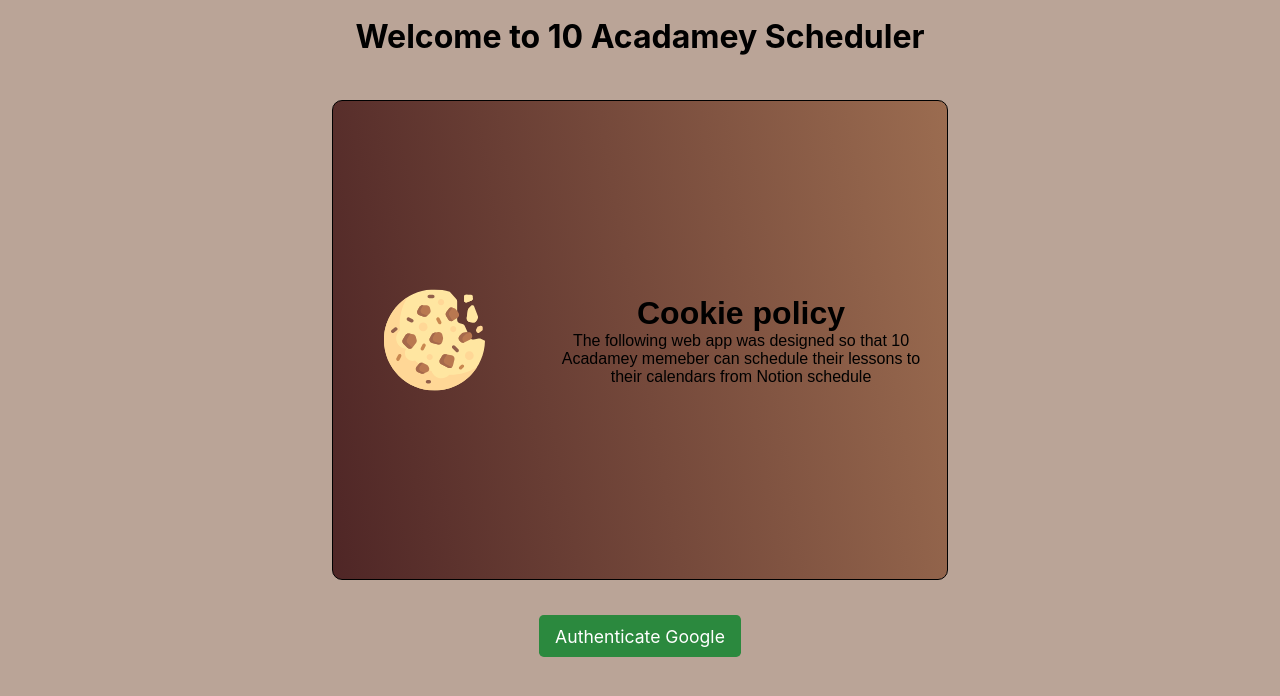
Repository: nebilarega/calendar-extractor
Page: / (app in frontend/)
An editor plug-in stored every save of this project. The page is shown before and after the next save, followed by the edit.
The browser window is 1280 px wide. The pictures show the whole page.
The project was rebuilt for these pictures with package versions that can differ from the ones it lists, and the page was loaded fresh each time.

Above is the page before, as saved 2022-08-25 00:00:22.

After the next save:
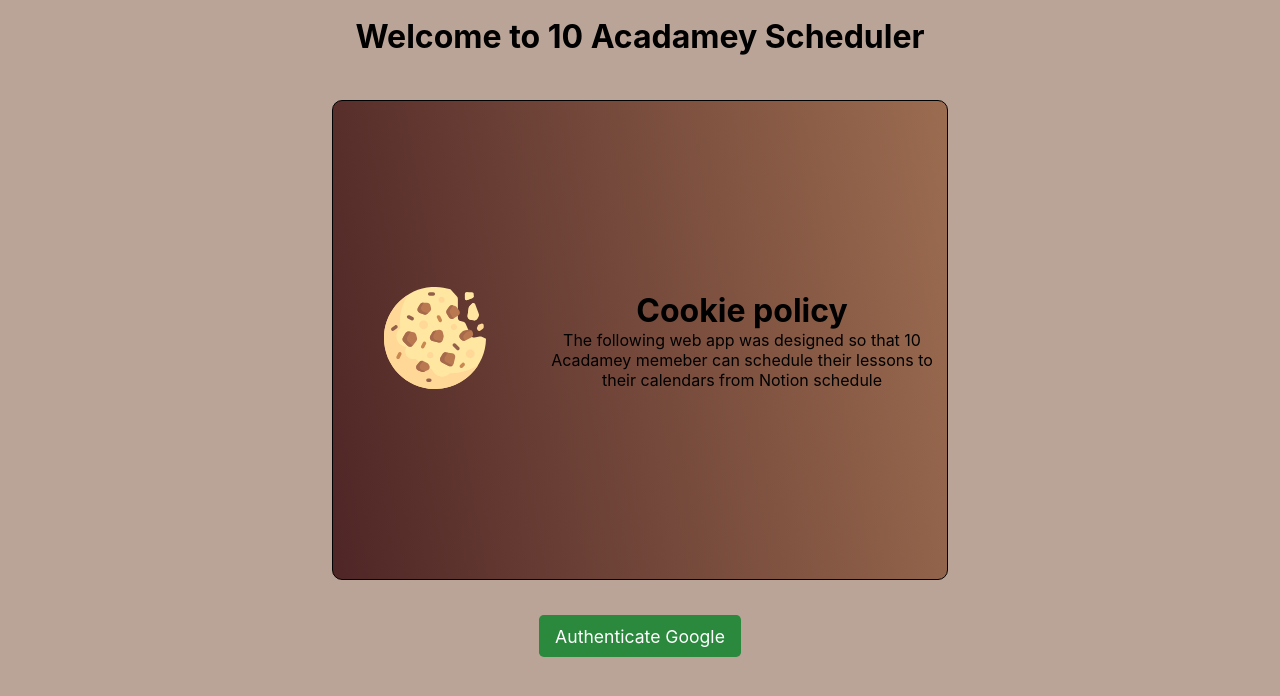
Saved 40 s later.
--- a/frontend/src/css/landing.css
+++ b/frontend/src/css/landing.css
@@ -108,13 +108,13 @@
   background-color: #3dc959;
   cursor: pointer;
 }
-.cookie__container {
+/* .cookie__container {
   /*   padding: 20px; */
   display: flex;
   justify-content: center;
   align-items: center;
   height: 100%;
-}
+} */
 .text__container {
   display: flex;
   flex-direction: column;

After the save that followed:
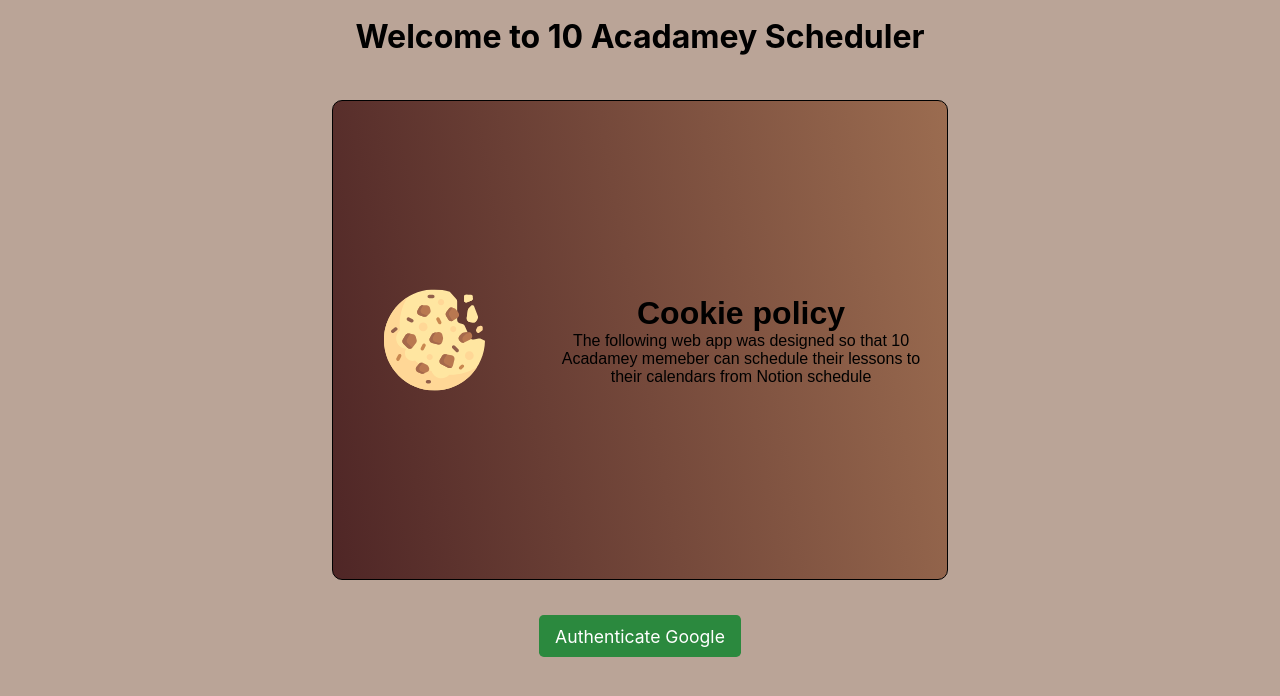
Saved 10 s later.
--- a/frontend/src/css/landing.css
+++ b/frontend/src/css/landing.css
@@ -108,13 +108,12 @@
   background-color: #3dc959;
   cursor: pointer;
 }
-/* .cookie__container {
-  /*   padding: 20px; */
+.cookie__container {
   display: flex;
   justify-content: center;
   align-items: center;
   height: 100%;
-} */
+}
 .text__container {
   display: flex;
   flex-direction: column;
